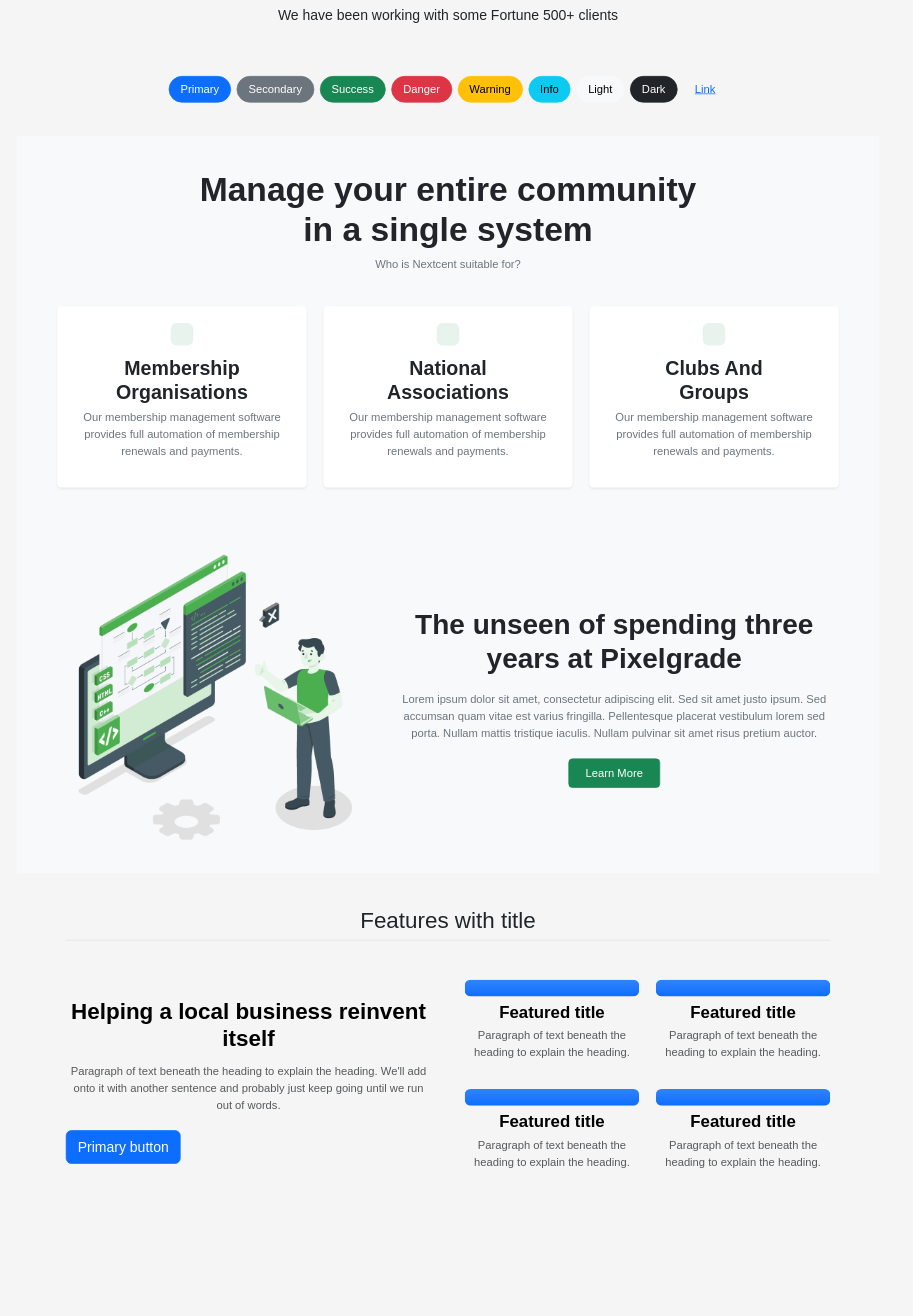
Repository: Laibaaa10/Bootstrap1
Page: index.html
The author's editor kept a copy of each file at every save. The page is drawn from the files as they stood at one save, then again after the next save.
The browser window is 1280 px wide. The page is 1304 px wide, so the pictures cover 1304 px, including what lies to the right of the window. The pictures show the part of the page from y = 972 to 2852 px (the page is 2852 px tall), at 70% of full size.

Above is the page before, as saved 2026-06-18 07:40:07.

After the next save:
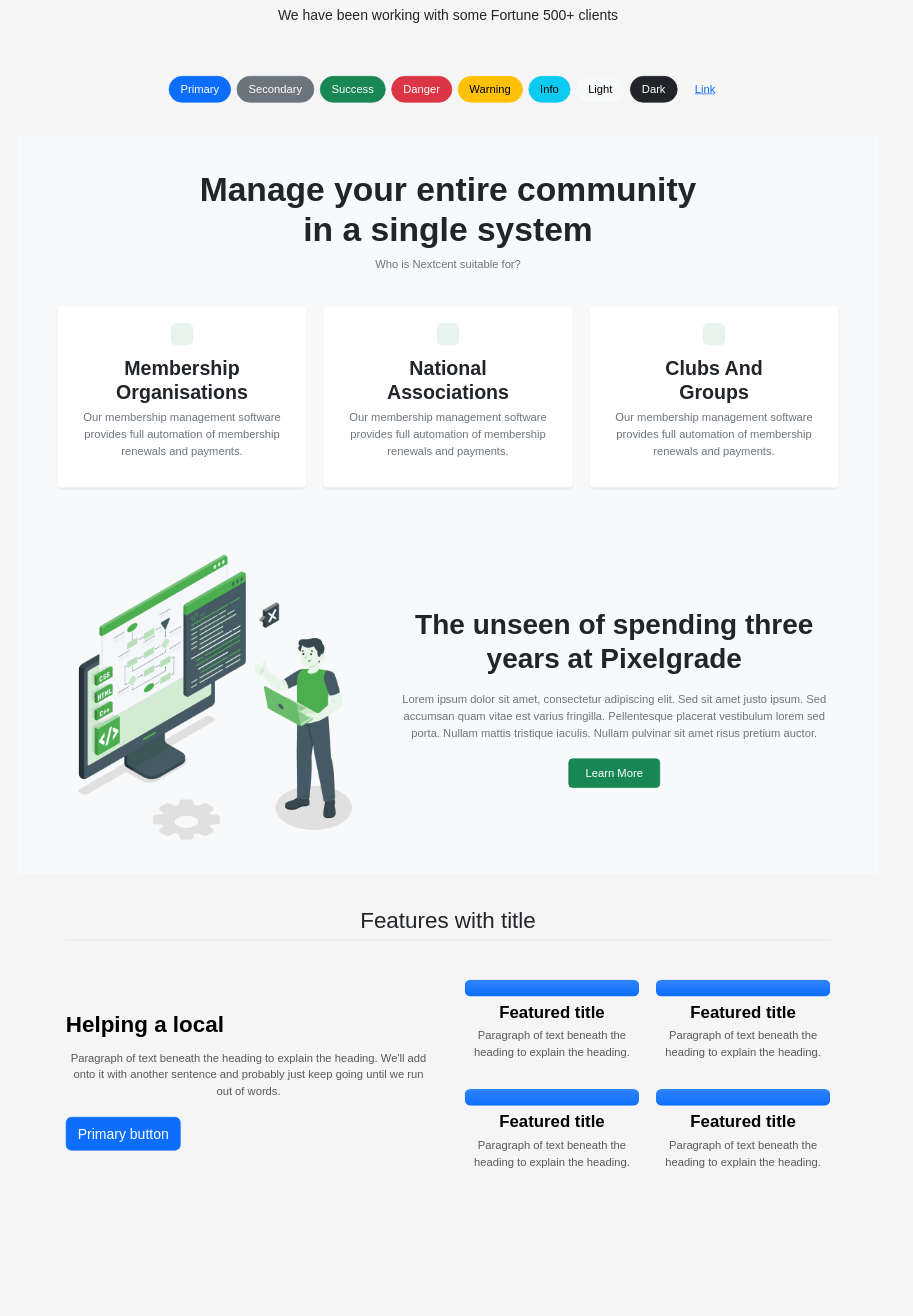
Saved 14 s later.
--- a/index.html
+++ b/index.html
@@ -193,7 +193,7 @@
     <h2 class="pb-2 border-bottom">Features with title</h2>
     <div class="row row-cols-1 row-cols-md-2 align-items-md-center g-5 py-5">
          <div class="col d-flex flex-column align-items-start gap-2">
-             <h2 class="fw-bold text-body-emphasis">Helping a local business reinvent itself</h2>
+             <h2 class="fw-bold text-body-emphasis">Helping a local </h2>
               <p class="text-body-secondary">Paragraph of text beneath the heading to explain the heading. We'll add onto it with another sentence and probably just keep going until we run out of words.</p>
                <a href="#" class="btn btn-primary btn-lg">Primary button</a>
              </div>
